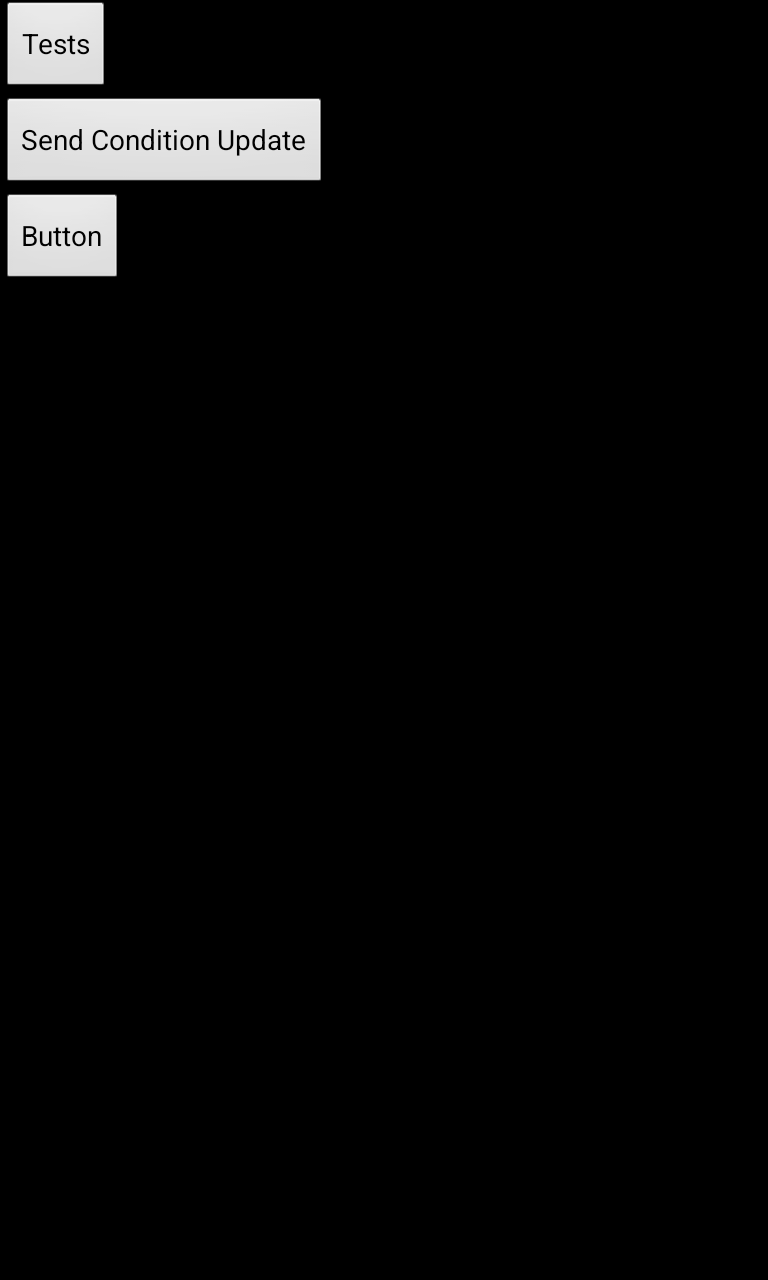
Repository: nuces-acm/DevFest-12-Team-9
Layout: data/Eclipse Workspace of android/Devfest/DCSClientApp/res/layout/main.xml
The author's editor kept a copy of each file at every save. The layout is drawn from the files as they stood at one save, then again after the next save.
It is drawn on a 768 x 1280 px phone screen (xhdpi) without system bars, with theme android:Theme; the app's code is not run.

Above is the layout before, as saved 2012-03-31 15:34:26.

### data/Eclipse Workspace of android/Devfest/DCSClientApp/res/layout/main.xml
<?xml version="1.0" encoding="utf-8"?>
<LinearLayout xmlns:android="http://schemas.android.com/apk/res/android"
    android:layout_width="match_parent"
    android:layout_height="match_parent"
    android:orientation="vertical" >

    <Button
        android:id="@+id/testsButton"
        android:layout_width="wrap_content"
        android:layout_height="wrap_content"
        android:text="Tests" />

    <Button
        android:id="@+id/sendConditionButton"
        android:layout_width="wrap_content"
        android:layout_height="wrap_content"
        android:text="Send Condition Update" />

    <Button
        android:id="@+id/button3"
        android:layout_width="wrap_content"
        android:layout_height="wrap_content"
        android:text="Button" />

</LinearLayout>

After the next save:
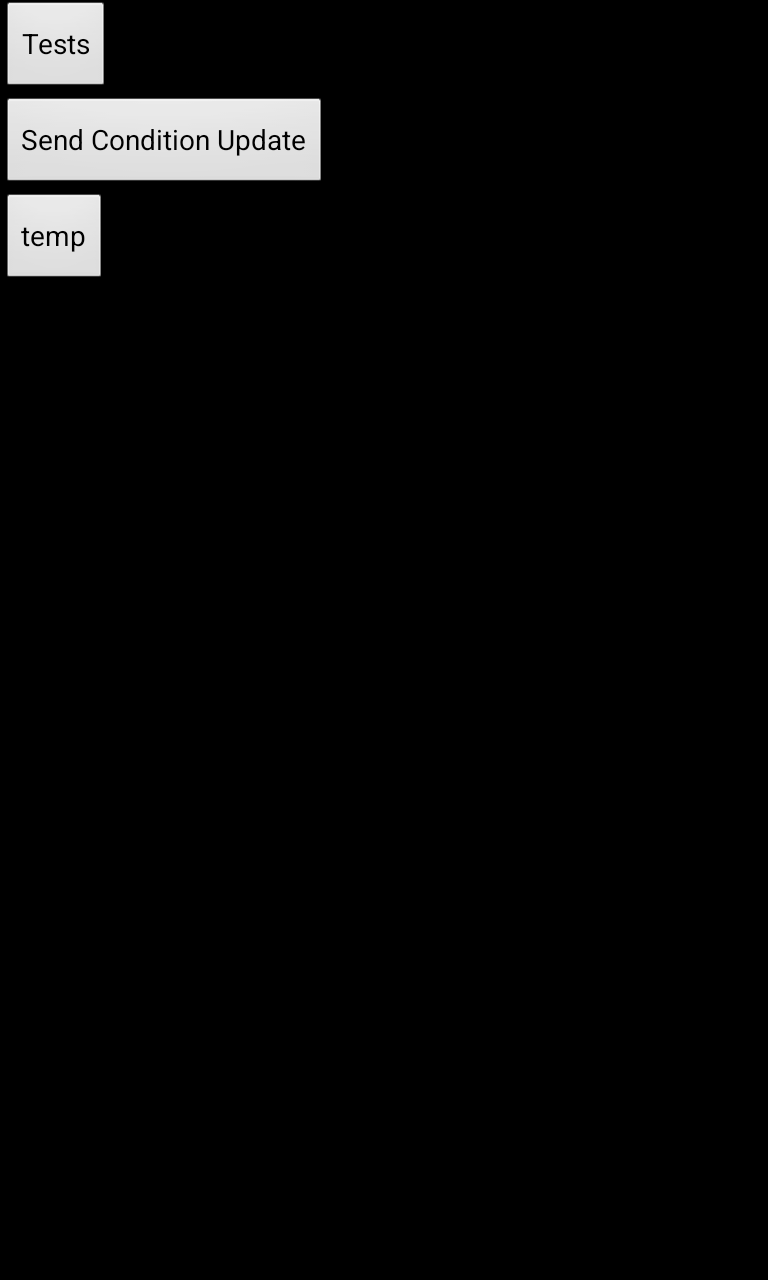
Saved 77 s later.
--- a/data/Eclipse Workspace of android/Devfest/DCSClientApp/res/layout/main.xml
+++ b/data/Eclipse Workspace of android/Devfest/DCSClientApp/res/layout/main.xml
@@ -20,6 +20,6 @@
         android:id="@+id/button3"
         android:layout_width="wrap_content"
         android:layout_height="wrap_content"
-        android:text="Button" />
+        android:text="temp" />
 
 </LinearLayout>
